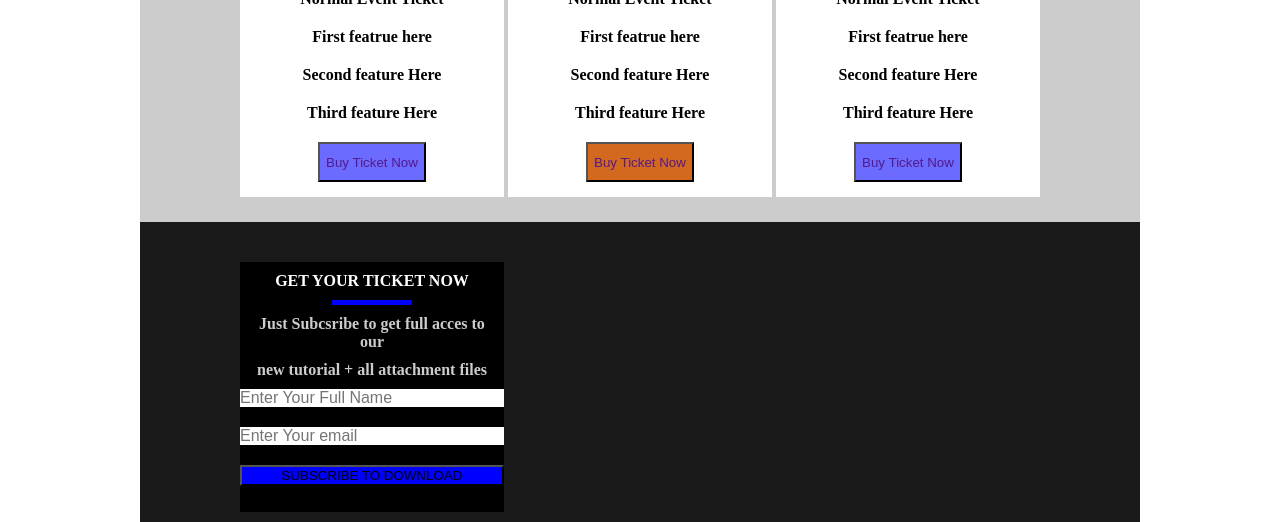
Repository: duyancol/project-ltw-nhom13
Page: page b/index.html
An editor plug-in stored every save of this project. The page is shown before and after the next save, followed by the edit.
The browser window is 1280 px wide. The pictures show the part of the page from y = 1038 to 1560 px (the page is 1560 px tall).
A picture or video elsewhere on the page could not be fetched, so the positions and the page height are approximate. Some web fonts or font styles are not loaded; a fallback is used.

Above is the page before, as saved 2021-10-18 11:37:09.

### page b/index.html
<!DOCTYPE html>
<html lang="en">
<head>
    <meta charset="utf-8">
    <title></title>
    <link rel="stylesheet" href="./fonts/themify-icons-font/themify-icons/themify-icons.css">
    <link rel="shortcut icon" href="images/favicon.ico">
    <link rel="apple-touch-icon" href="images/apple-touch-icon.png">
    <link rel="apple-touch-icon" sizes="72x72" href="images/apple-touch-icon-72x72.png">
    <link rel="apple-touch-icon" sizes="114x114" href="images/apple-touch-icon-114x114.png">
    <link rel="stylesheet" href="./style.css">
</head>
<body>
    <div class="body">
        <div class="main">
            <div class="headernavigation flex">

               <div class="headerimage"><img src="./images/main/logo.png" alt="" class="logo"></div>
               <div class="buttonimage flex">
                   <div class="buyticket">Buy tikcket</div>
               </div>
            </div>

        </div>
    </div>
    <div class="navigation flex">
        <ul>
            <li>Home</li>
            <li> word</li>
            <li>Blog</li>
            <li>Contact</li>
        </ul>
        <ul>
            <li class="icon"><i class="ti-facebook"></i></li>
            <li class="icon"><i class="ti-twitter"></i></li>
            <li class="icon"><i class="ti-instagram"></i></li>
        </ul>
    </div>
<div class="body bodyheightimage"><div class="bagroundimage">
    <div class="textback">
        <h3>Thumbel lable</h3>
        <p> du it none right here  because member always look for you</p>
    </div>

</div></div>
<div class="body1">
    <div class="main">
       <div class="family flex">
           <div class="imagefamily">
               <img src="./images/13_gym/1.jpg" alt="">
               <h4>Welcome to gym</h4>
               <p>you need to read for me</p>
               <p> because i dont want to sad for you</p>
               <button>
                   <a href="">Join Now</a>
               </button>
           </div>
           <div class="imagefamily">
            <img src="./images/13_gym/2.jpg" alt="">
            <h4>Welcome to gym</h4>
            <p>you need to read for me</p>
            <p> because i dont want to sad for you</p>
            <button>
                <a href="">Join Now</a>
            </button>
        </div>  <div class="imagefamily">
            <img src="./images/13_gym/3.jpg" alt="">
            <h4>Welcome to gym</h4>
            <p>you need to read for me</p>
            <p> because i dont want to sad for you</p>
            <button>
                <a href="">Join Now</a>
            </button>
        </div>
       </div>
    </div>
</div>
<div class="body2 bagrondbody ">
    <div class="main flex">
        <div class="thue">
            <h1>$9.99</h1>
            <h4>Normal Event Ticket</h4>
            <h4> First featrue here</h4>
            <h4> Second feature Here</h4>
            <h4> Third feature Here</h4>
            <button class="xanh"><a href="">Buy Ticket Now</a></button>
        </div>
        <div class="thue">
            <h1 class="cam1" >$14.99</h1>
            <h4>Normal Event Ticket</h4>
            <h4> First featrue here</h4>
            <h4> Second feature Here</h4>
            <h4> Third feature Here</h4>
            <button class="xanh cam"><a href="">Buy Ticket Now</a></button>
        </div><div class="thue">
            <h1>$24.99</h1>
            <h4>Normal Event Ticket</h4>
            <h4> First featrue here</h4>
            <h4> Second feature Here</h4>
            <h4> Third feature Here</h4>
            <button class="xanh"><a href="">Buy Ticket Now</a></button>
        </div>
    </div>
</div>
<div class="body2 bodyfooter">
    <div class="main">
<div class="ticket">
    <h1> GET YOUR TICKET NOW</h1>
    <div class="THEXANH"></div>
    <H3>Just Subcsribe to get full acces to our</H3>
    <H3>new tutorial + all attachment files</H3>
    <input type="text" name="" id="" placeholder="Enter Your Full Name">
    <input type="text" name="" id="" placeholder="Enter Your email">
    <button> SUBSCRIBE TO DOWNLOAD</button>

</div>
    </div>
</div>
</body>
</html>

### page b/style.css
html, input,body, div, span, applet, object, iframe,h1, h2, h3, h4, h5, h6, p{
    margin: 0;
    padding: 0;
    border: 0;
    font-size: 100%;
  }

  ol, ul,a{
    list-style: none;
  }
  li{
    display: inline-block;
  }
  .main{
    width: 800px;
    margin: auto;
    position: relative;
  }
  .body{
    width: 1000px;
    margin: auto;
    background-color: #ccc;
  }
  .flex{
    display: flex;
    justify-content: space-between;
    align-items:center;
  }
  .headernavigation{
  width:  80%;
  margin: auto;

  background-color: #ccc;
  height: 100px;

  }
  .headerimage{

  }
  .headerimage .logo{

  }
  .headernavigation .buttonimage {
    width: 12%;
    height: 40px;
    background-color: #e5ff004e;

}



  .buttonimage .buyticket{

  }
  .navigation{

    height: 40px;
    background-color: white;
    width: 705px;
    margin: auto auto 20px auto;
  }
  .navigation li{
    padding: 10px;
  }
  .navigation .icon{
    background: #00658b;
  }
  .bodyheightimage{
    position: relative;
    height: 300px;
  }
  .bodyheightimage .bagroundimage{
    background-image: url(./images/main/image-1.jpg);

    height: 80%;
    width: 83%;
    top: 30px;
    left: 86px;
    /* right: 191px; */
    position: absolute;
    background-size: cover;
  }
  .bagroundimage .textback{
    position: absolute;
    bottom: 18px;
    font-weight: 100;
    color: white;
  }
  .body1{
    width: 1000px;
    margin: auto;
    height: 500px;

  }
  .imagefamily{
    width: 33%;
    margin-top: 10%;
    text-align: center;
  }
  .imagefamily img{
    border-radius: 100px;
  }
  .imagefamily h4{
margin: 30px;
  }
  .imagefamily p{

padding-bottom: 10px;
  }
  .imagefamily button{
    background-color: orangered;
    margin-left: 35px;
    height: 40px;
  }
  button a{
    list-style: none;
    text-decoration: none;
  }
  .bagrondbody{
    background-color: #ccc;
  }
  .body2{
    width: 1000px;
    margin: auto;
    height: 300px;

  }
  .main .thue{
background-color: white;
 width: 33%;
 margin-top: 20px;
 height: 255px;
 text-align: center;
  }
  .thue h1{
margin-bottom: 20px;
color:#0000ff94 ;
padding-top: 10px;
  }
  .thue .cam1{
    color: chocolate!important;
  }
  .thue h4{
 margin-bottom: 20px;
  }
  .thue .xanh{
height: 40px;
background-color:  #0000ff94;
  }
  .thue .cam{
    background-color: chocolate!important;
  }
  .bodyfooter{
    background-color:#191919;
  }
  .main .ticket{
    position: absolute;
    width: 33%;
    background-color: black;
 height: 250px;
 text-align: center;
 top: 40px;
  }
  .ticket h1{
color: white;
margin: 10px;
  }
  .ticket h3{
color: #ccc;
margin: 10px;
  }
  .ticket input{
width: 100%;
margin-bottom: 20px;
  }
  .ticket button{
width: 100%;
background-color: blue;
  }
  .ticket .THEXANH{
    background-color: blue;
    height: 5px;
    width: 80px;
    margin: auto;
  }

Loaded but not shown: page b/fonts/themify-icons-font/themify-icons/themify-icons.css (common file)

After the next save:
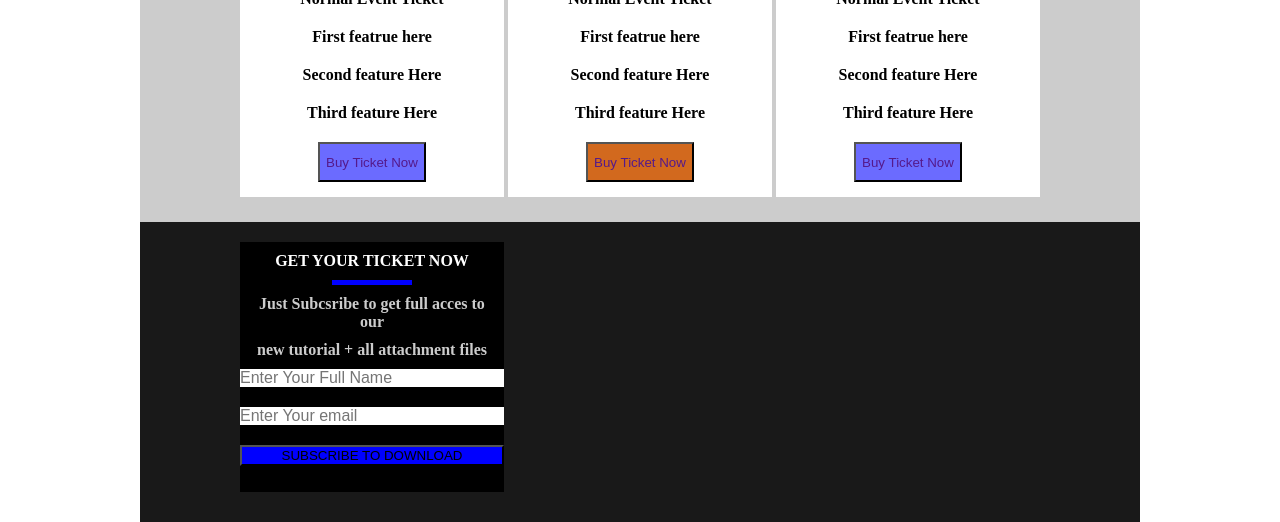
Saved 16 s later.
--- a/page b/style.css
+++ b/page b/style.css
@@ -159,7 +159,7 @@
     background-color: black;
  height: 250px;
  text-align: center;
- top: 40px;
+ top: 20px;
   }
   .ticket h1{
 color: white;
